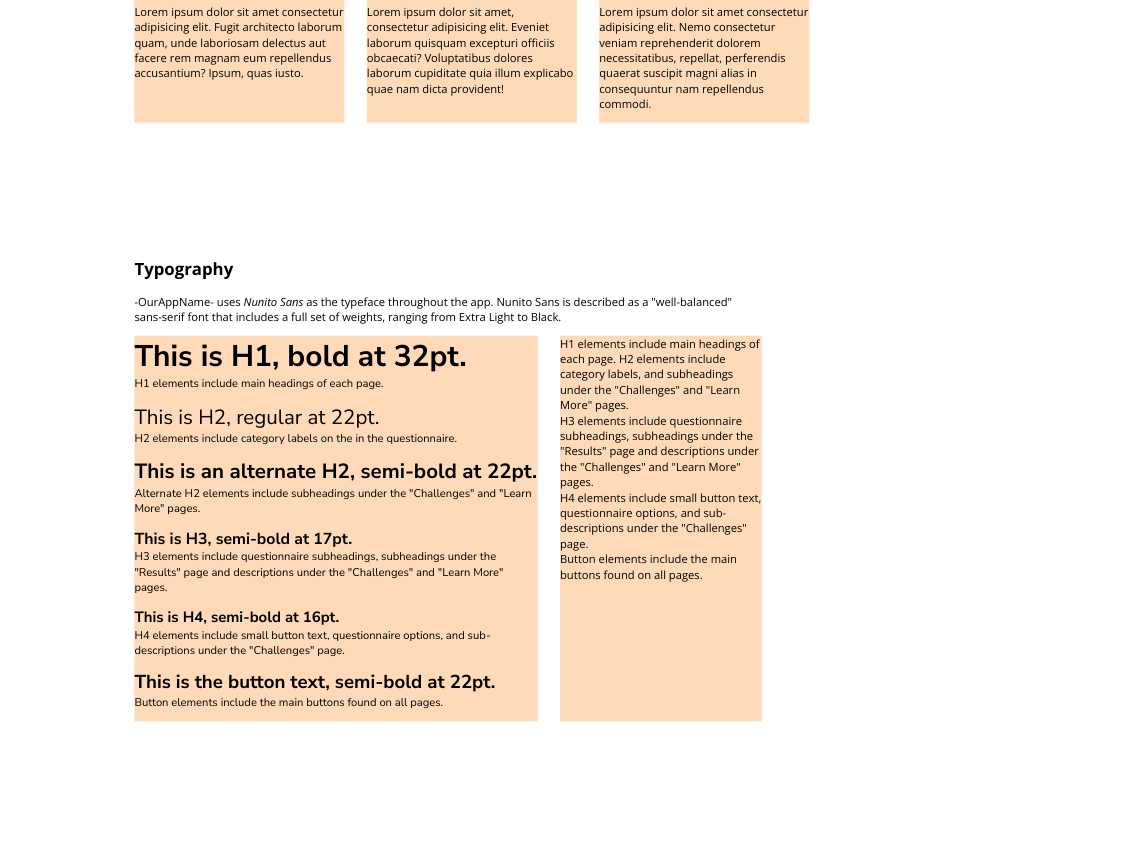
Repository: seohyun9672/Timearth-A6Styleguide
Page: page2.html
The author's editor kept a copy of each file at every save. The page is drawn from the files as they stood at one save, then again after the next save.
The browser window is 1280 px wide. The page is 1632 px wide, so the pictures cover 1632 px, including what lies to the right of the window. The pictures show the part of the page from y = 1449 to 2969 px (the page is 2671 px tall before and 2969 px after), at 70% of full size.

Above is the page before, as saved 2022-03-20 20:20:40.

After the next save:
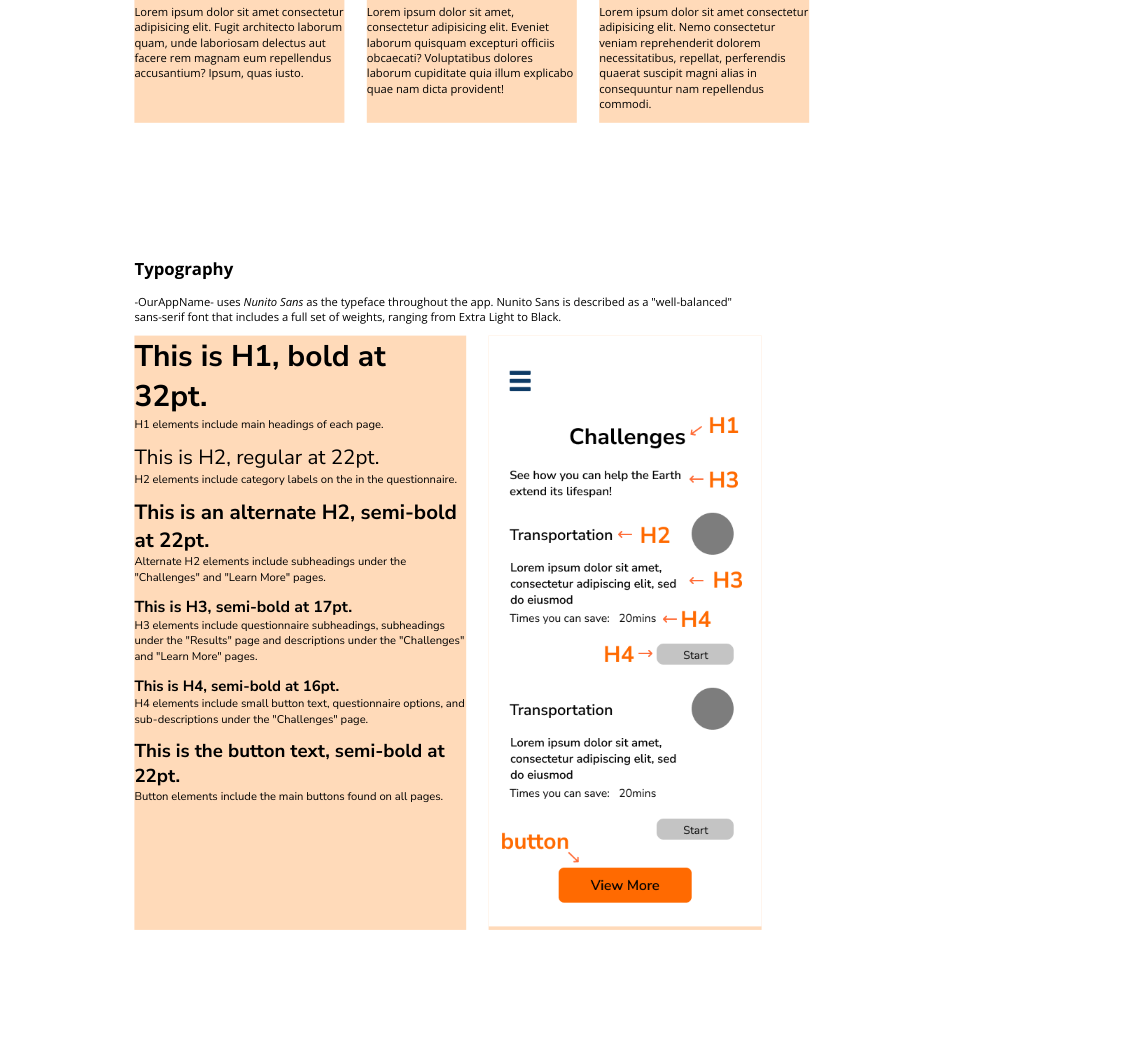
Saved 8 min 6 s later.
--- a/page2.html
+++ b/page2.html
@@ -90,11 +90,7 @@
             <p class="desc">Button elements include the main buttons found on all pages. </p>
         </div>
         <div class="col">
-          H1 elements include main headings of each page.
-          H2 elements include category labels, and subheadings under the "Challenges" and "Learn More" pages.<br>
-          H3 elements include questionnaire subheadings, subheadings under the "Results" page and descriptions under the "Challenges" and "Learn More" pages. <br>
-          H4 elements include small button text, questionnaire options, and sub-descriptions under the "Challenges" page. <br>
-          Button elements include the main buttons found on all pages. <br>
+          <img src="/img/challenges.png" alt="challenges page">
         </div>
       </div>
     </section>
